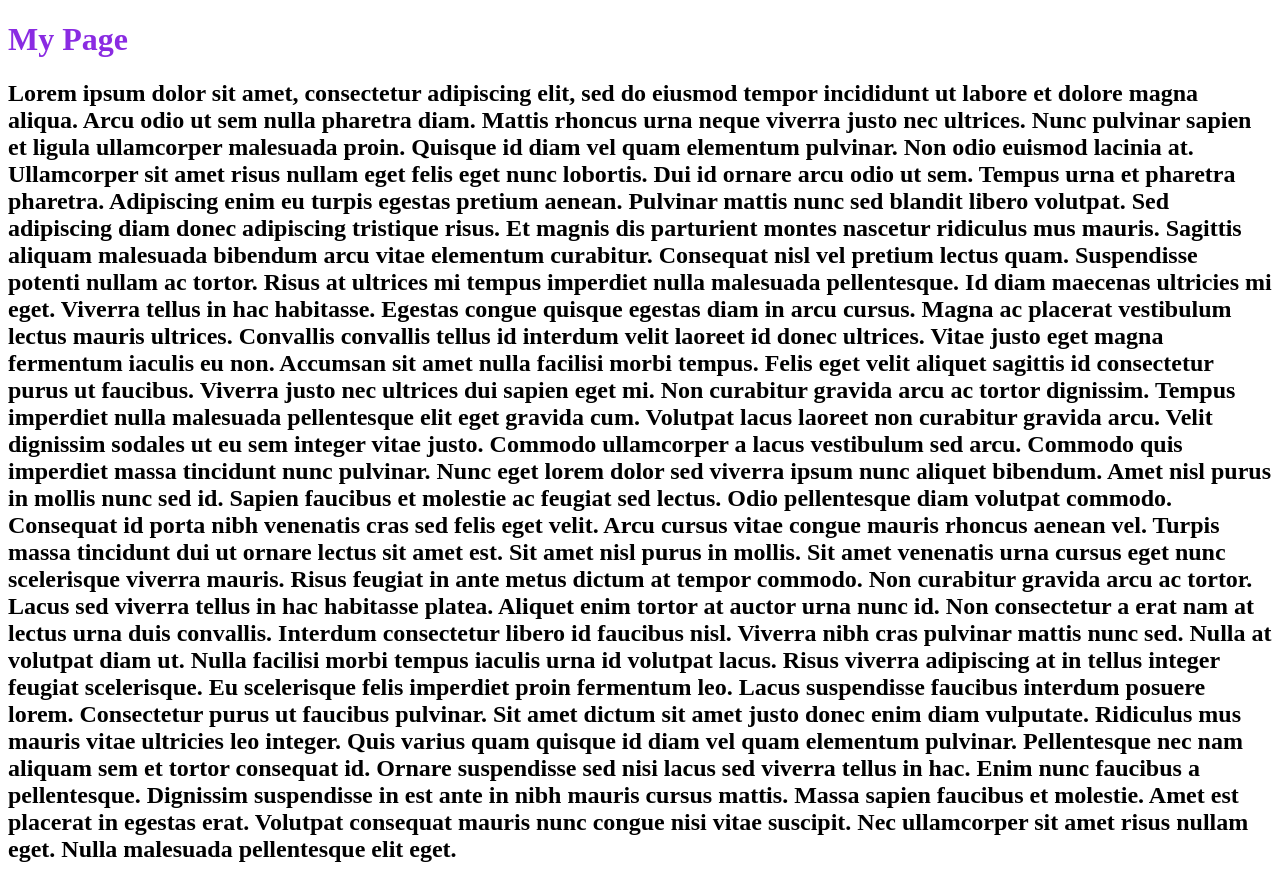
Repository: MelindaN14/My-Personal-Website
Page: portfolio.html
The author's editor kept a copy of each file at every save. The page is drawn from the files as they stood at one save, then again after a run of saves.
The browser window is 1280 px wide. The pictures show the whole page.

Above is the page before, as saved 2024-03-18 21:08:11.

### portfolio.html
<!DOCTYPE html>
<html lang="en">
<head>
    <meta charset="UTF-8">
    <meta name="viewport" content="width=device-width, initial-scale=1.0">
    <title>Portfolio</title>
</head>
<link rel="stylesheet" a href="style.css">
<body>
    <h1>My Page</h1>
    <h2>Lorem ipsum dolor sit amet, consectetur adipiscing elit, sed do eiusmod tempor incididunt ut labore et dolore magna aliqua. Arcu odio ut sem nulla pharetra diam. Mattis rhoncus urna neque viverra justo nec ultrices. Nunc pulvinar sapien et ligula ullamcorper malesuada proin. Quisque id diam vel quam elementum pulvinar. Non odio euismod lacinia at. Ullamcorper sit amet risus nullam eget felis eget nunc lobortis. Dui id ornare arcu odio ut sem. Tempus urna et pharetra pharetra. Adipiscing enim eu turpis egestas pretium aenean. Pulvinar mattis nunc sed blandit libero volutpat. Sed adipiscing diam donec adipiscing tristique risus. Et magnis dis parturient montes nascetur ridiculus mus mauris. Sagittis aliquam malesuada bibendum arcu vitae elementum curabitur. Consequat nisl vel pretium lectus quam. Suspendisse potenti nullam ac tortor. Risus at ultrices mi tempus imperdiet nulla malesuada pellentesque.

Id diam maecenas ultricies mi eget. Viverra tellus in hac habitasse. Egestas congue quisque egestas diam in arcu cursus. Magna ac placerat vestibulum lectus mauris ultrices. Convallis convallis tellus id interdum velit laoreet id donec ultrices. Vitae justo eget magna fermentum iaculis eu non. Accumsan sit amet nulla facilisi morbi tempus. Felis eget velit aliquet sagittis id consectetur purus ut faucibus. Viverra justo nec ultrices dui sapien eget mi. Non curabitur gravida arcu ac tortor dignissim. Tempus imperdiet nulla malesuada pellentesque elit eget gravida cum. Volutpat lacus laoreet non curabitur gravida arcu. Velit dignissim sodales ut eu sem integer vitae justo.

Commodo ullamcorper a lacus vestibulum sed arcu. Commodo quis imperdiet massa tincidunt nunc pulvinar. Nunc eget lorem dolor sed viverra ipsum nunc aliquet bibendum. Amet nisl purus in mollis nunc sed id. Sapien faucibus et molestie ac feugiat sed lectus. Odio pellentesque diam volutpat commodo. Consequat id porta nibh venenatis cras sed felis eget velit. Arcu cursus vitae congue mauris rhoncus aenean vel. Turpis massa tincidunt dui ut ornare lectus sit amet est. Sit amet nisl purus in mollis. Sit amet venenatis urna cursus eget nunc scelerisque viverra mauris.

Risus feugiat in ante metus dictum at tempor commodo. Non curabitur gravida arcu ac tortor. Lacus sed viverra tellus in hac habitasse platea. Aliquet enim tortor at auctor urna nunc id. Non consectetur a erat nam at lectus urna duis convallis. Interdum consectetur libero id faucibus nisl. Viverra nibh cras pulvinar mattis nunc sed. Nulla at volutpat diam ut. Nulla facilisi morbi tempus iaculis urna id volutpat lacus. Risus viverra adipiscing at in tellus integer feugiat scelerisque.

Eu scelerisque felis imperdiet proin fermentum leo. Lacus suspendisse faucibus interdum posuere lorem. Consectetur purus ut faucibus pulvinar. Sit amet dictum sit amet justo donec enim diam vulputate. Ridiculus mus mauris vitae ultricies leo integer. Quis varius quam quisque id diam vel quam elementum pulvinar. Pellentesque nec nam aliquam sem et tortor consequat id. Ornare suspendisse sed nisi lacus sed viverra tellus in hac. Enim nunc faucibus a pellentesque. Dignissim suspendisse in est ante in nibh mauris cursus mattis. Massa sapien faucibus et molestie. Amet est placerat in egestas erat. Volutpat consequat mauris nunc congue nisi vitae suscipit. Nec ullamcorper sit amet risus nullam eget. Nulla malesuada pellentesque elit eget.</h2>
</body>
</html>

### style.css
h1 {
    color:blueviolet;
}
p{
    color:magenta;
}

body {

}

After the next 8 saves:
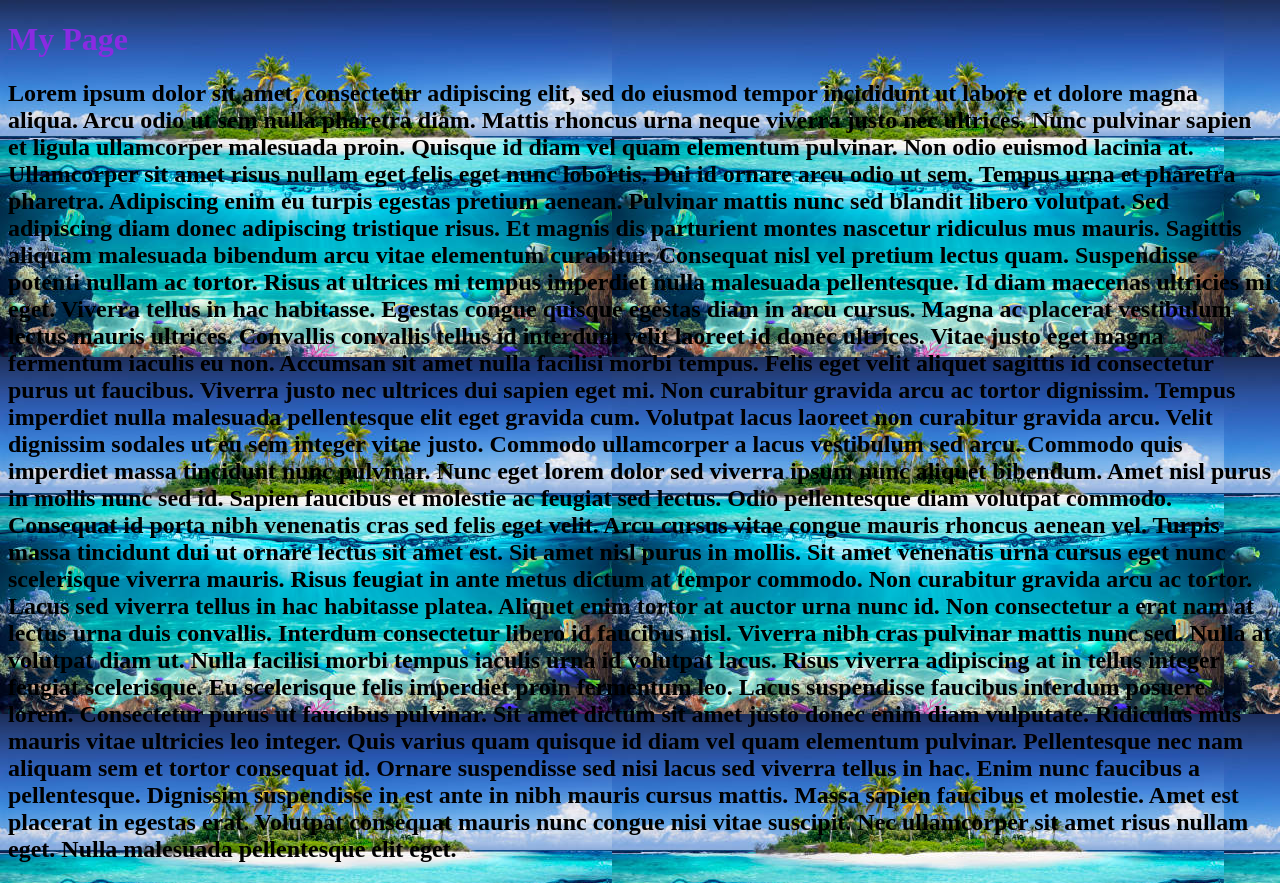
The 8 saves are shown as one change because they came seconds apart.
The last was saved 26 s later.
--- a/style.css
+++ b/style.css
@@ -6,5 +6,5 @@ p{
 }
 
 body {
-
+background-image: url("Island.jpg");
 }
